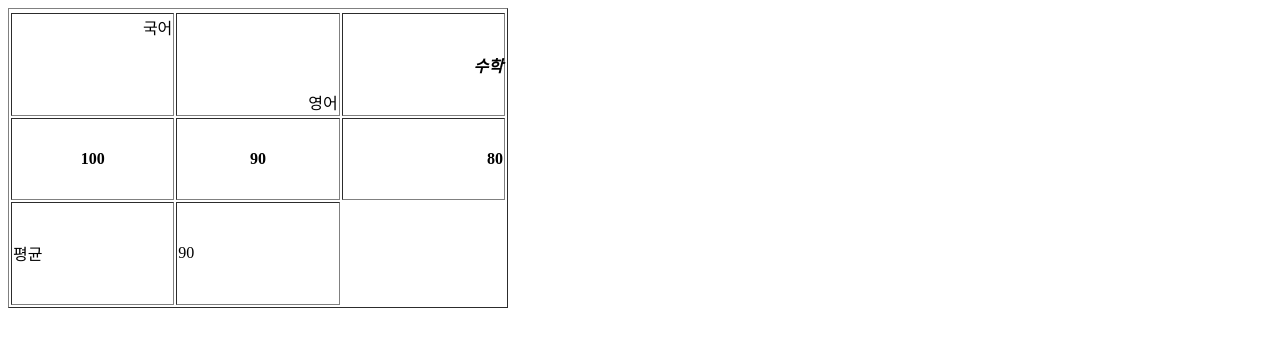
Repository: bjKim2/JSP
Page: HTML/src/main/webapp/Lec03.html
The author's editor kept a copy of each file at every save. The page is drawn from the files as they stood at one save, then again after the next save.
The browser window is 1280 px wide. The pictures show the whole page.

Above is the page before, as saved 2022-03-15 02:24:20.

### HTML/src/main/webapp/Lec03.html
<!DOCTYPE html>
<html>
	<head>
		<meta charset="UTF-8">
		<title>Insert title here</title>
	</head>
	<body>
		<table border = '1' width = "500" height = "300">
			<tr>

			</tr>

			<tr align = "right">
				<td valign = "top">국어</td>
				<td valign = "bottom">영어</td>
				<td valign = "middle"><i><b>수학</b></i></td>
			</tr>
			<tr>
				<th>100</th>
				<th align = "center">90</th>
				<th align = "right">80</th>

			</tr>
			<tr>

				<td colsapn = "2">평균</td>
				<td>90</td>


			</tr>


		</table>
	</body>
</html>

After the next save:
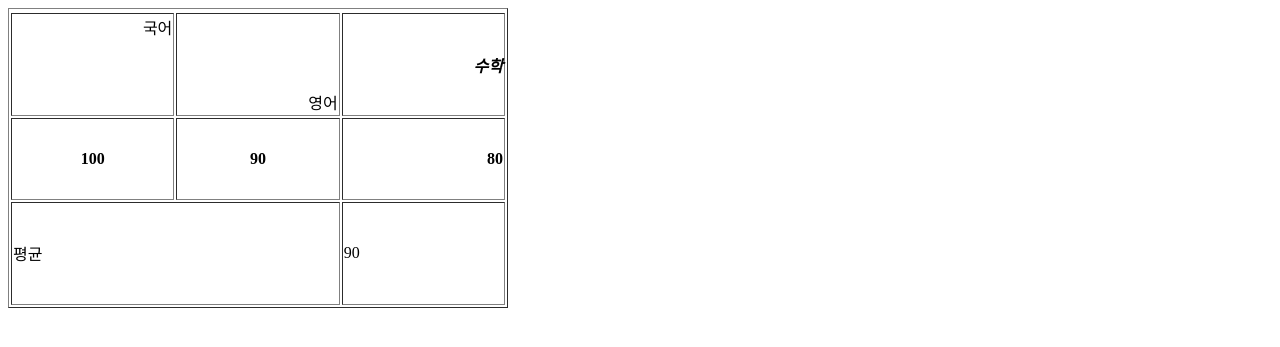
Saved 20 s later.
--- a/HTML/src/main/webapp/Lec03.html
+++ b/HTML/src/main/webapp/Lec03.html
@@ -23,7 +23,7 @@
 			</tr>
 			<tr>
 
-				<td colsapn = "2">평균</td>
+				<td colspan = "2">평균</td>
 				<td>90</td>
 
 
